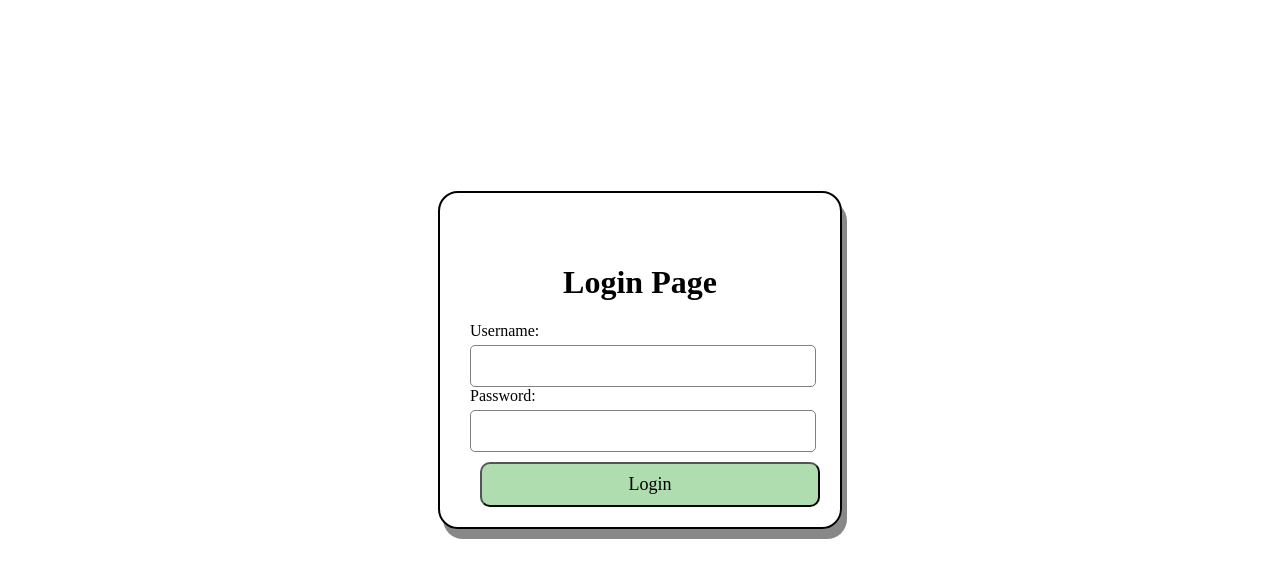
Repository: anjalipatel-dev/web-dev-learning-journey
Page: 03_html_css_ui_pages/login_ui/login.html
The author's editor kept a copy of each file at every save. The page is drawn from the files as they stood at one save, then again after the next save.
The browser window is 1280 px wide. The pictures show the whole page.

Above is the page before, as saved 2025-10-04 04:22:28.

After the next save:
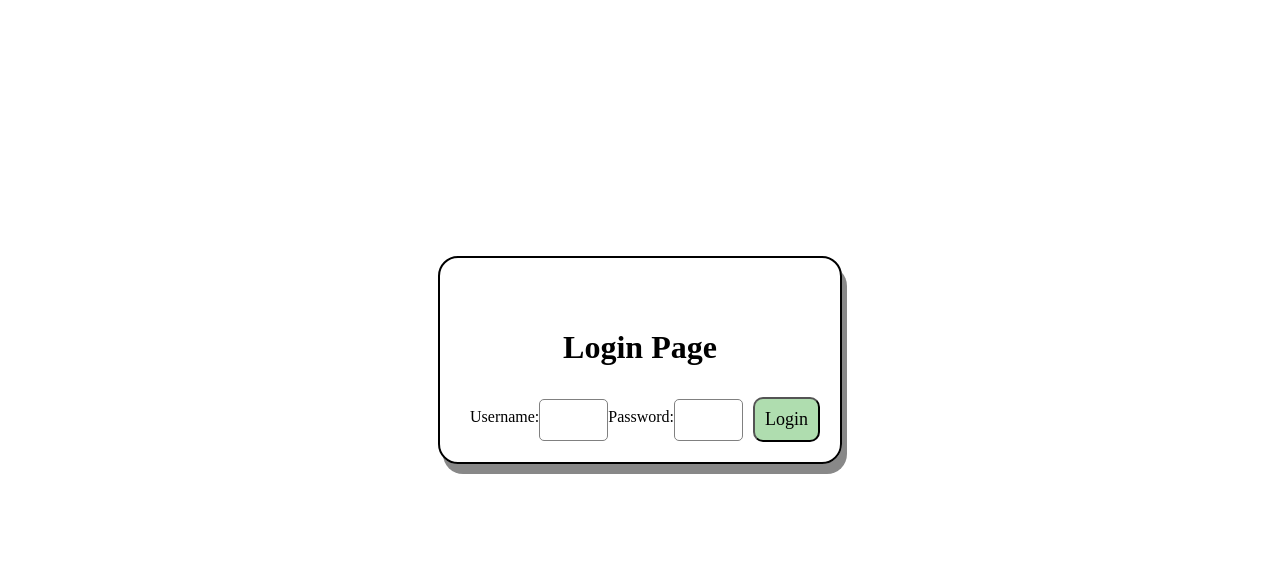
Saved 35 s later.
--- a/03_html_css_ui_pages/login_ui/styles.css
+++ b/03_html_css_ui_pages/login_ui/styles.css
@@ -19,7 +19,7 @@
     text-align: left;
     padding-left: 20px;
     display: flex;
-    flex-direction: column;
+    align-items: center;
 }
 .input-group label{
     display: block;
